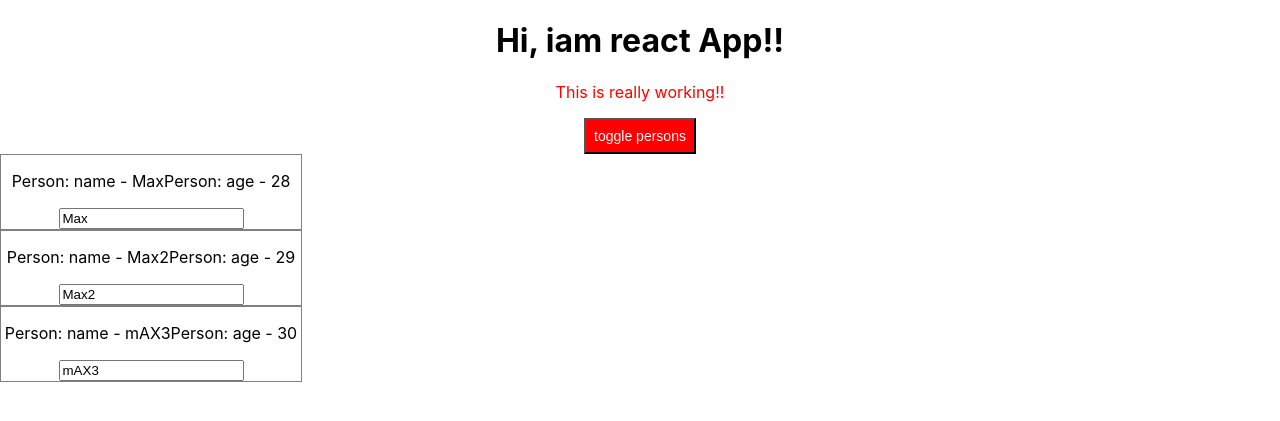
Repository: RohitMalik2/Rohit_react
Page: /, after clicking the first element matching `button`
The author's editor kept a copy of each file at every save. The page is drawn from the files as they stood at one save, then again after the next save.
The browser window is 1280 px wide. The pictures show the whole page.
The project was rebuilt for these pictures with package versions that can differ from the ones it lists, and the page was loaded fresh each time.

Above is the page before, as saved 2019-12-09 16:48:12.

### src/App.js
import React, { Component } from 'react';
import logo from './logo.svg';
import './App.css';
import Person from './Person/Person'
import Radium, {StyleRoot} from 'radium';

class App extends Component {

  state = {
    persons: [
      { id: '1', name: 'Max', age: 28 },
      { id: '11', name: 'Max2', age: 29 },
      { id: '12', name: 'mAX3', age: 30 }
    ],
    otherState: 'some other state',
    showPersons: false
  }

  deletePersonHandler = (index) => {
    const persons = this.state.persons;
    persons.splice(index, 1);
    this.setState({ persons: persons });
  }

  togglePersonsHandler = () => {
    const currentState = this.state.showPersons;
    this.setState({ showPersons: !currentState });
  }

  nameChangedHandler = (event, id) => {
    const personIndex = this.state.persons.findIndex(person => {
      return id === person.id;
    });
    const changedPerson = { ...this.state.persons[personIndex] }; // deep copy or Object.assign({}, this.state.persons[personIndex])
    changedPerson.name = event.target.value;
    const persons = [...this.state.persons];
    persons[personIndex] = changedPerson;
    this.setState({
      persons: persons
    });
  }
  render() {
    const style = {
      fontSize: '14px',
      backgroundColor: 'green',
      color: '#ffffff',
      border: '1px soild blue',
      padding: '8px',
      ':hover': {
        backgroundColor: 'lightgreen',
        color: 'black'
      }
    };

    let persons = null;
    if (this.state.showPersons) {
      persons = (
        <div>
          {/* iterating through a list of items */}
          {this.state.persons.map((person, index) => {
            return <Person
              click={() => this.deletePersonHandler(index)}
              name={person.name}
              age={person.age}
              key={person.id}
              changed={(event) => this.nameChangedHandler(event, person.id)} />;
          })
          }
        </div>
      );
      style.backgroundColor = 'red';
      style[':hover'] = {
        backgroundColor: 'lightred',
        color: 'black'
      }
    }

    // Adding classes dynamically
    const classes = [];
    if (this.state.persons.length <= 3) {
      classes.push('red');
    }
    if (this.state.persons.length <= 1) {
      classes.push('bold');
    }

    return (
      <StyleRoot>
        <div className="App">
          <h1>Hi, iam react App!!</h1>
          <p className={classes.join(' ')}>This is really working!!</p>
          <button style={style} onClick={this.togglePersonsHandler}>toggle persons</button>
          {persons}
        </div>
      </StyleRoot>
    );
  };

}

export default Radium(App);

### src/App.css
.App {
  text-align: center;
}

.App-logo {
  height: 40vmin;
}

.App-header {
  background-color: #282c34;
  min-height: 100vh;
  display: flex;
  flex-direction: column;
  align-items: center;
  justify-content: center;
  font-size: calc(10px + 2vmin);
  color: white;
}

.App-link {
  color: #09d3ac;
}

.red {
  color: red;
}

.bold {
  font-weight: bold;
}

.Person {
  border: 1px solid gray;
  width: 300px;
  text-align: center;
}

### src/Person/Person.js
import React from 'react';

const Person = (props) =>{
    const style = {
        '@media (min-width: 500px)': {
            width: '450px'
        }
    };
    return (
        <div className="Person" style={style}>
            <p onClick={props.click}>Person: name - {props.name}Person: age - {props.age}</p>
            <input type="text" value={props.name} onChange={props.changed}/>
        </div>
    );
};

export default Person;

Loaded but not shown: public/index.html (common file); src/index.js (common file); src/index.css (common file); src/serviceWorker.js (common file)

After the next save:
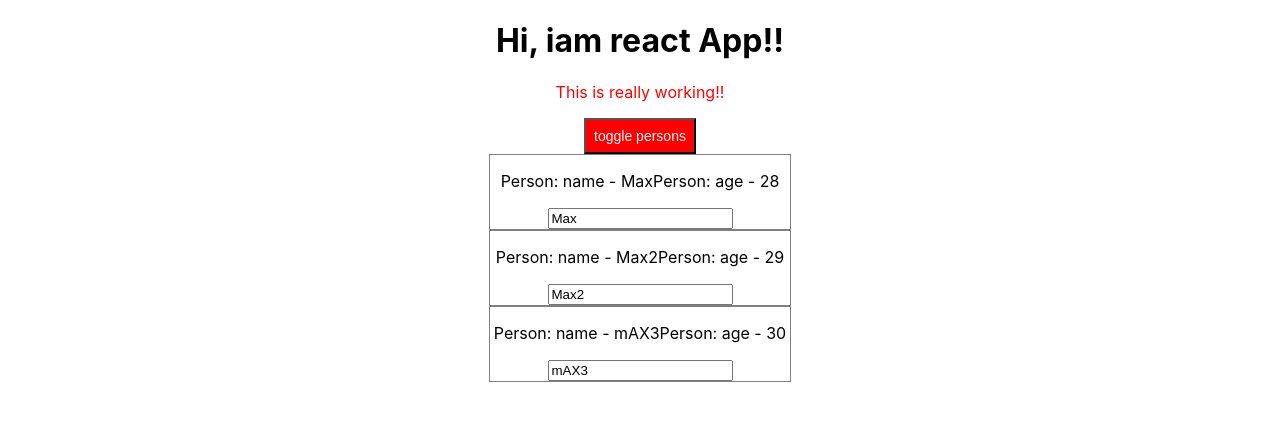
Saved 24 s later.
--- a/src/App.css
+++ b/src/App.css
@@ -32,5 +32,5 @@
 .Person {
   border: 1px solid gray;
   width: 300px;
-  text-align: center;
+  margin: 0 auto;
 }
